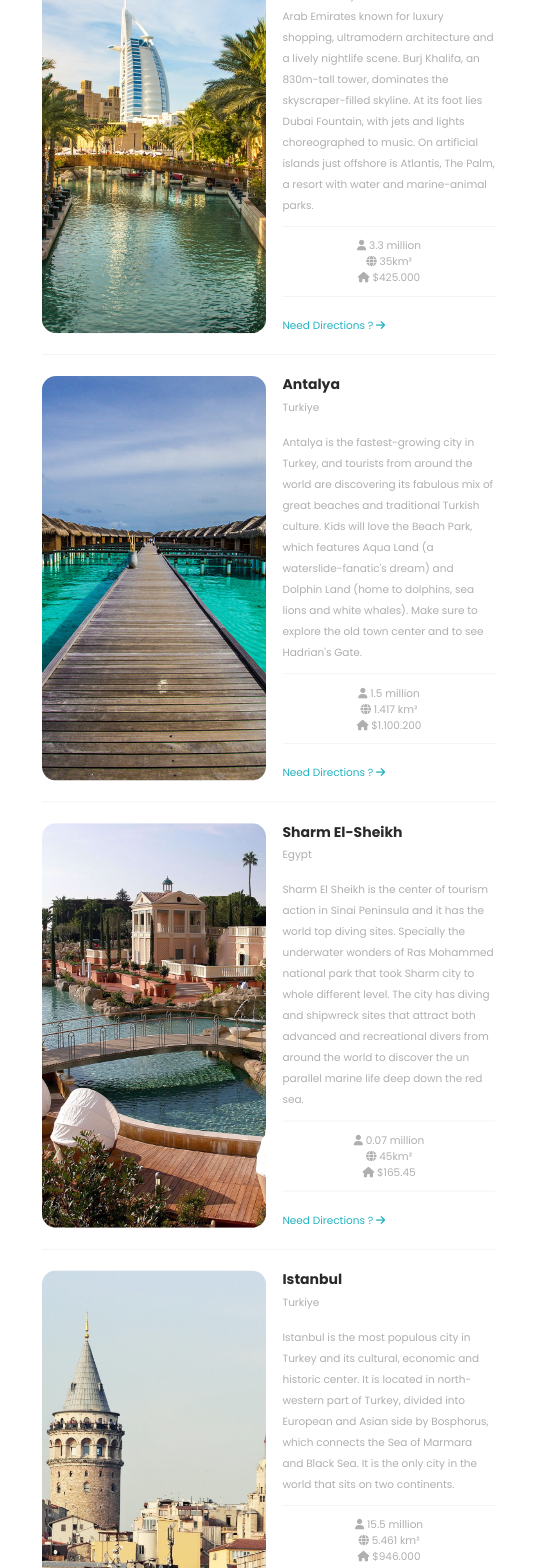
Repository: asadbekdev07/asadbekdev-zamontour-react
Page: /
An editor plug-in stored every save of this project. The page is shown before and after the next save, followed by the edit.
The browser window is 768 px wide. The pictures show the part of the page from y = 4260 to 6500 px (the page is 6663 px tall), at 70% of full size.
The project was rebuilt for these pictures with package versions that can differ from the ones it lists, and the page was loaded fresh each time. Also part of the build but not shown: vite.config.js.

Above is the page before, as saved 2024-05-26 20:09:24.

After the next save:
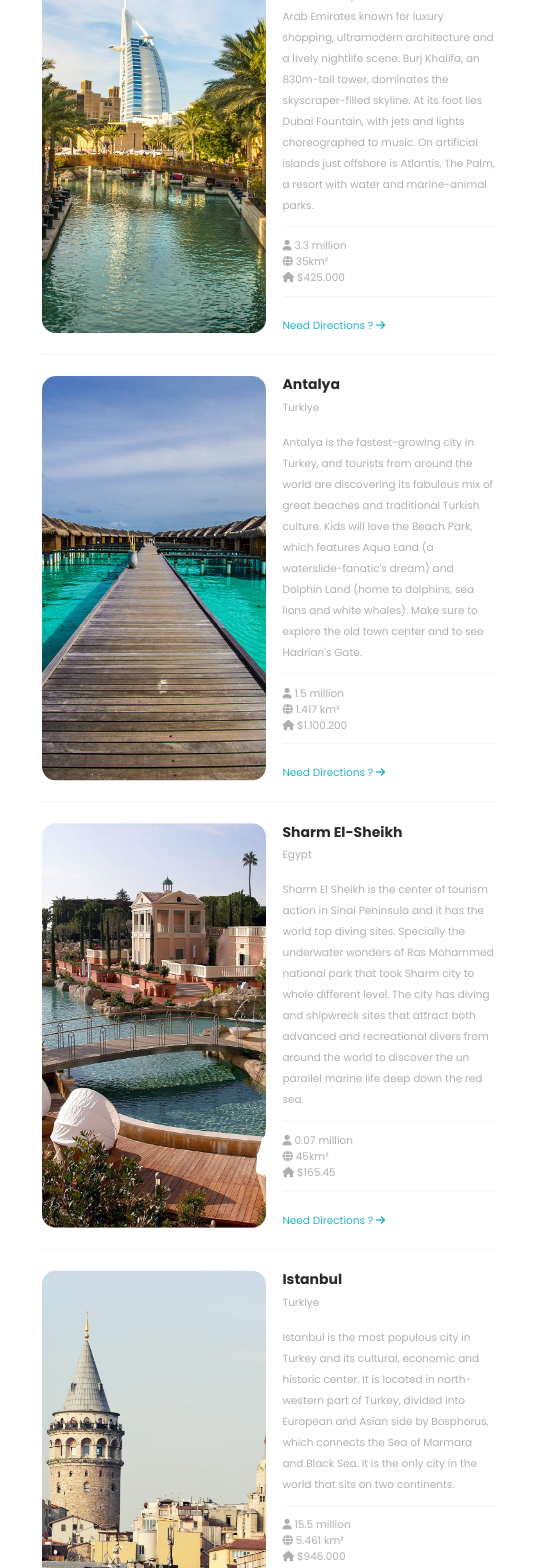
Saved 51 s later.
--- a/src/assets/styles/index.css
+++ b/src/assets/styles/index.css
@@ -884,7 +884,7 @@ select:-webkit-autofill:focus {
   }
   .visit__info {
     flex-direction: column;
-    text-align: left;
+    align-items: flex-start;
   }
 }
 
